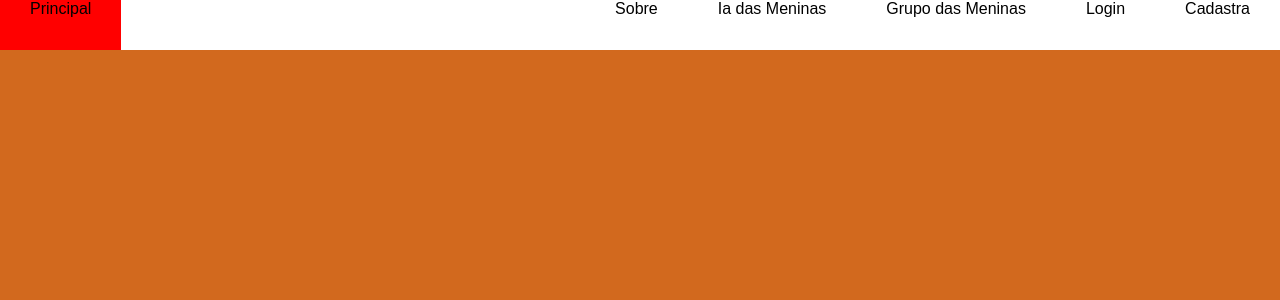
Repository: joaobatistafrontend/pref
Page: http://localhost/
The author's editor kept a copy of each file at every save. The page is drawn from the files as they stood at one save, then again after a run of saves.
The browser window is 1280 px wide. The pictures show the whole page.
The page is served by the project's application, run on Django 4.2 (manage.py).

Above is the page before, as saved 2024-07-26 14:57:02.

After the next 2 saves:
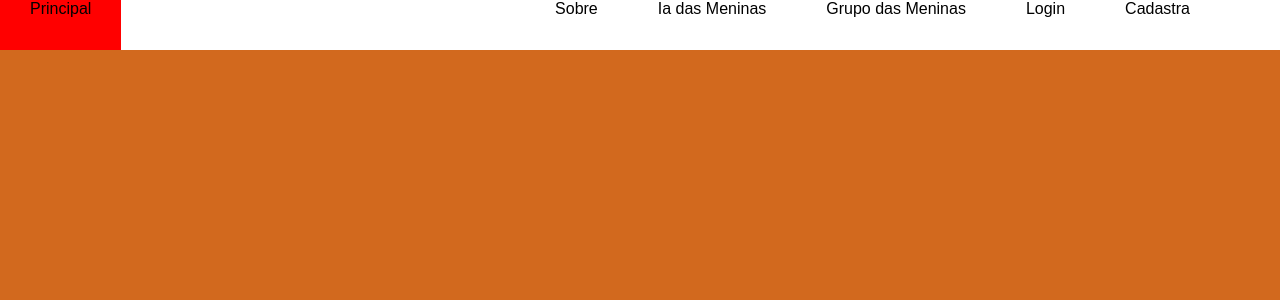
The 2 saves are shown as one change because they came seconds apart.
The last was saved 119 s later.
--- a/templates/index.html
+++ b/templates/index.html
@@ -17,6 +17,7 @@
                 <li><a href="">Grupo das Meninas</a></li>
                 <li><a href="">Login</a></li>
                 <li><a href="">Cadastra</a></li>
+                <li><a href=""></a></li>
             </ul>
         </nav>
 </body>
